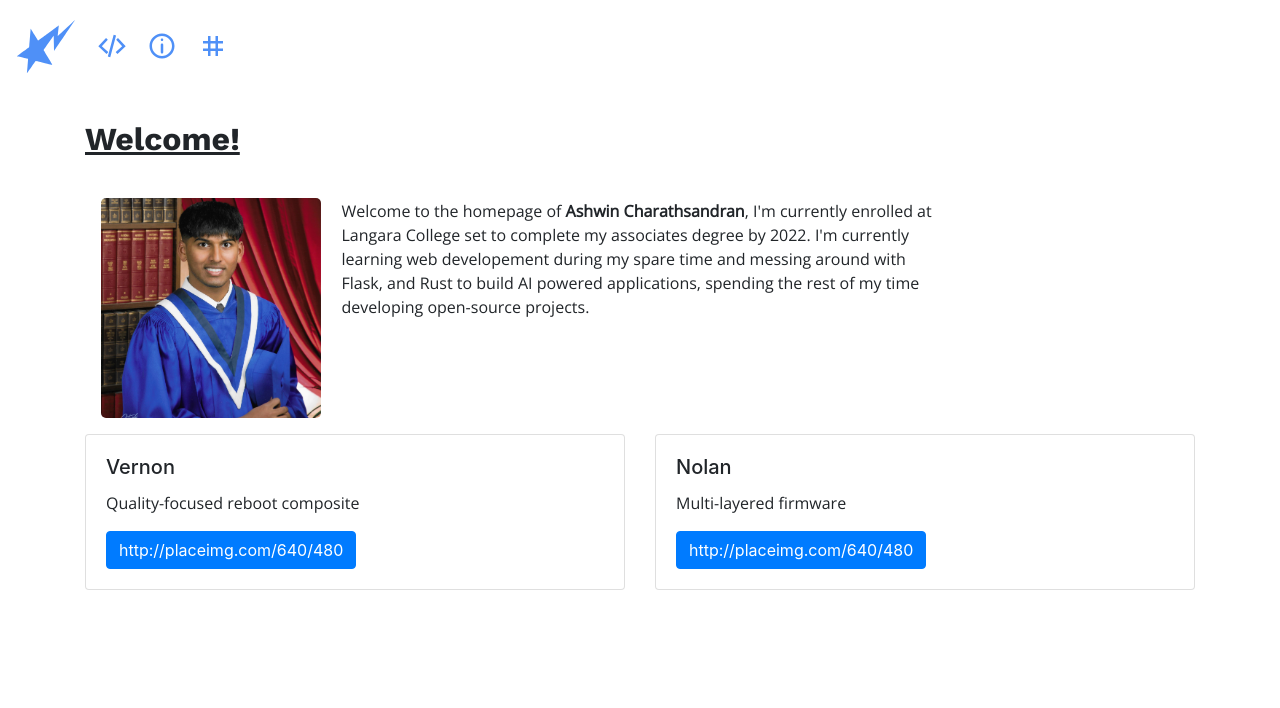
Repository: xxiz/ashwin.lol_flask
Page: http://localhost/
An editor plug-in stored every save of this project. The page is shown before and after the next save, followed by the edit.
The browser window is 1280 px wide. The pictures show the whole page.
The page is served by the project's application, run on Flask 3 (app.py).

Above is the page before, as saved 2021-09-03 07:04:17.

### templates/index.html
{% extends 'base.html'%}
{% block content %}
<br>
    <h1>Welcome!</h1>
    <img class="me" src="/static/me.jpg" alt="A picture of myself">
    <p class="confined">Welcome to the homepage of <b>Ashwin Charathsandran</b>, I'm currently enrolled at Langara College set to complete my associates degree by 2022. I'm currently learning web developement during my spare time and messing around with Flask, and Rust to build AI powered applications, spending the rest of my time developing open-source projects.</p>
    <br>
    <div class="row">
    {% for project in sample_projects %}
    <div class="col-sm-6">
      <div class="card">
        <div class="card-body">
          <h5 class="card-title">{{ project.title }}</h5>
          <p class="card-text">{{ project.description }}</p>
          <a href="#" class="btn btn-primary">{{ project.image_url }}</a>
        </div>
      </div>
    </div>
    {% endfor %}
    </div>
{% endblock %}

### templates/base.html
<!DOCTYPE html>
<html lang="en">
<head>
    <meta charset="UTF-8">
    <meta http-equiv="X-UA-Compatible" content="IE=edge">
    <meta name="viewport" content="width=device-width, initial-scale=1.0">
    <meta name="viewport" content="width=device-width, initial-scale=1">
    <link rel="stylesheet" href="https://stackpath.bootstrapcdn.com/bootstrap/4.1.3/css/bootstrap.min.css" integrity="sha384-MCw98/SFnGE8fJT3GXwEOngsV7Zt27NXFoaoApmYm81iuXoPkFOJwJ8ERdknLPMO" crossorigin="anonymous">
    <link href='https://css.gg/home-alt.css' rel='stylesheet'>
    <link rel="stylesheet" href="static/app.css">
    <title>{{ title }}</title>
</head>
<body>
  <header>
    <nav>
      <!-- SVG's provided by https://css.gg/ and https://www.pinterest.ca/pin/502432902151236766/
           these images are not mine and I simply modified them.
      -->
      <a class="logo" href="/">
        <svg id="svg" xmlns="http://www.w3.org/2000/svg" xmlns:xlink="http://www.w3.org/1999/xlink" viewBox="0, 0, 400,400"><g id="svgg"><path id="path0" d="M375.404 43.010 C 366.024 51.806,347.525 69.114,334.297 81.472 C 321.068 93.829,303.241 110.484,294.681 118.483 C 286.121 126.482,278.911 132.820,278.658 132.567 C 278.241 132.149,284.716 69.460,285.588 65.478 C 285.791 64.550,285.639 63.790,285.251 63.790 C 284.648 63.790,260.992 80.890,237.523 98.291 C 227.623 105.631,148.371 163.243,147.334 163.854 C 146.751 164.197,138.491 151.049,123.021 125.151 C 98.113 83.455,97.570 82.612,97.546 85.580 C 97.537 86.597,97.035 93.171,96.430 100.188 C 95.824 107.205,94.649 121.220,93.817 131.332 C 92.986 141.445,91.633 157.655,90.811 167.355 C 89.989 177.054,88.915 190.160,88.425 196.477 C 87.935 202.795,87.173 208.400,86.731 208.934 C 85.375 210.573,15.246 261.837,10.457 264.690 C 7.982 266.164,6.052 267.463,6.168 267.576 C 6.284 267.690,11.276 268.981,17.261 270.446 C 58.961 280.654,79.884 285.969,80.349 286.471 C 80.645 286.792,79.104 308.161,76.923 333.959 C 74.743 359.756,73.037 380.949,73.132 381.055 C 73.227 381.161,86.102 363.134,101.743 340.997 C 117.384 318.859,130.527 300.273,130.950 299.695 C 131.591 298.819,138.848 300.405,174.490 309.212 C 232.789 323.618,241.800 325.782,242.458 325.539 C 242.770 325.423,229.838 303.377,213.719 276.548 C 197.601 249.719,184.258 227.206,184.069 226.520 C 183.768 225.431,245.875 136.802,249.908 132.565 C 251.796 130.581,252.035 135.511,252.617 188.555 C 252.883 212.805,253.310 232.629,253.567 232.609 C 253.824 232.589,259.323 224.737,265.789 215.160 C 272.254 205.584,296.196 170.394,318.994 136.961 C 341.791 103.527,364.809 69.756,370.144 61.914 C 375.479 54.071,383.015 43.011,386.889 37.336 C 390.764 31.660,393.603 27.017,393.197 27.017 C 392.792 27.017,384.785 34.214,375.404 43.010 " stroke="none" fill="#4f90f7" fill-rule="evenodd"></path></g></svg></a>
      <a href="/projects"><?xml version="1.0" encoding="UTF-8"?><svg viewBox="0 0 24 24" xmlns="http://www.w3.org/2000/svg"><path d="m13.325 3.0501-4.6576 17.382 1.9319 0.5176 4.6575-17.382-1.9318-0.51764z" fill="currentColor"/><path d="m7.612 18.361 1.3594-1.4484-5e-4 -0.0191-5.0943-4.7812 4.7904-5.1041-1.4583-1.3687-6.1591 6.5624 6.5624 6.1591z" fill="currentColor"/><path d="m16.388 18.361-1.3594-1.4484 5e-4 -0.0191 5.0943-4.7812-4.7904-5.1041 1.4583-1.3687 6.1591 6.5624-6.5624 6.1591z" fill="currentColor"/></svg></a>
      <a href=""><?xml version="1.0" encoding="UTF-8"?><svg viewBox="0 0 24 24" xmlns="http://www.w3.org/2000/svg"><path d="m11 10.979c0-0.5523 0.4477-1 1-1s1 0.44773 1 1v6c0 0.5523-0.4477 1-1 1s-1-0.4477-1-1v-6z" fill="currentColor"/><path d="m12 6.0512c-0.5523 0-1 0.44771-1 1 0 0.55228 0.4477 1 1 1s1-0.44772 1-1c0-0.55229-0.4477-1-1-1z" fill="currentColor"/><path d="m12 2c-5.5228 0-10 4.4772-10 10 0 5.5228 4.4772 10 10 10 5.5228 0 10-4.4772 10-10 0-5.5228-4.4772-10-10-10zm-8 10c0 4.4183 3.5817 8 8 8 4.4183 0 8-3.5817 8-8 0-4.4183-3.5817-8-8-8-4.4183 0-8 3.5817-8 8z" clip-rule="evenodd" fill="currentColor" fill-rule="evenodd"/></svg></a>
      <a href=""><?xml version="1.0" encoding="UTF-8"?><svg fill="none" viewBox="0 0 24 24" xmlns="http://www.w3.org/2000/svg"><path d="m8 4v4h-4v2h4v4h-4v2h4v4h2v-4h4v4h2v-4h4v-2h-4v-4h4v-2h-4v-4h-2v4h-4v-4h-2zm6 10v-4h-4v4h4z" clip-rule="evenodd" fill="currentColor" fill-rule="evenodd"/></svg></a>
    </nav>
  </header>
  <main>
    <div class="container">
      {% block content %} {% endblock %}
  </div>
  </main>
    <script src="https://code.jquery.com/jquery-3.3.1.slim.min.js" integrity="sha384-q8i/X+965DzO0rT7abK41JStQIAqVgRVzpbzo5smXKp4YfRvH+8abtTE1Pi6jizo" crossorigin="anonymous"></script>
    <script src="https://cdnjs.cloudflare.com/ajax/libs/popper.js/1.14.3/umd/popper.min.js" integrity="sha384-ZMP7rVo3mIykV+2+9J3UJ46jBk0WLaUAdn689aCwoqbBJiSnjAK/l8WvCWPIPm49" crossorigin="anonymous"></script>
    <script src="https://stackpath.bootstrapcdn.com/bootstrap/4.1.3/js/bootstrap.min.js" integrity="sha384-ChfqqxuZUCnJSK3+MXmPNIyE6ZbWh2IMqE241rYiqJxyMiZ6OW/JmZQ5stwEULTy" crossorigin="anonymous"></script>
</body>
</html>

### app.py
from flask import Flask, request
from web.content import index_page, projects_page
web = Flask(__name__)
web.config['SQLALCHEMY_TRACK_MODIFICATIONS'] = False

@web.route('/')
def index():
    return index_page()

@web.route('/projects')
def projects():
    return projects_page()

### web/content.py
from flask import render_template
import json

# Page Content
prefix = "Ashwin Charathsandran — "

# Meta Tags
preview_message = ""
preview_title = ""
preview_image = ""

with open('web/projects.json', 'r') as file:
    projects = json.load(file)

def index_page():
    return render_template('index.html',
    title = prefix + "Welcome!",
    sample_projects = projects[0:2],
    preview_title = preview_title,
    preview_image = preview_image,
    preview_message = preview_message)

def projects_page():
    return render_template('projects.html',
    title = prefix + "Projects",
    items = projects,
    preview_title = preview_title,
    preview_image = preview_image,
    preview_message = preview_message)

### web/projects.json
[
        {
            "title": "Vernon",
            "description": "Quality-focused reboot composite",
            "image_url": "http://placeimg.com/640/480"
        },
        {
            "title": "Nolan",
            "description": "Multi-layered firmware",
            "image_url": "http://placeimg.com/640/480"
        },
        {
            "title": "Reyes",
            "description": "array national",
            "image_url": "http://placeimg.com/640/480"
        }
]

### static/app.css
@import url('https://fonts.googleapis.com/css2?family=Work+Sans:wght@400;700&display=swap');
@import url('https://fonts.googleapis.com/css2?family=Open+Sans&display=swap');

:root {
    --blue: #4f90f7;
    --red: #d93434;
}

h1 {
    font-family: 'Work Sans', sans-serif;
    font-weight: 700;
    padding-bottom: 0.5em; padding-top: 0.5em;
    text-decoration: underline;
    font-size: 32px;
}

p {
    font-family: 'Open Sans', sans-serif;
    font-weight: 400;
}

.confined {
    max-width: 600px;
    display: inline-block;
}

.me {
    display: inline-flexbox;
    max-width: 220px;
    border-radius: 5px;
    margin: 1em;
}

@media only screen and (max-width: 500px) {
    .me {
        max-width: 90%;
    }
}

a {
    text-decoration: none;
    color: var(--blue);
}

a:hover {
    animation: hover-effect 1s infinite linear;
}

.card {
    margin-bottom: 1.5em;
}

.description {
    padding-bottom: 0.5em;
    font-size: 18px;
}
nav {
    padding: 1em;
    overflow: hidden;
    position: fixed;
    top: 0;
    width: 100%;
}

nav a svg {
    width: 30px;
}

.navbar-logo {
    margin-right: 50px;
    width: 60px;
}

.nav-item {
    font-weight: 700;
}
main {
    padding-top: 80px;
}

.logo svg {
    width: 60px;
}

nav a  {
    padding-right: 1em;
}
@keyframes hover-effect {
    0% {
        color: var(--blue);
    }
    50% {
        color: var(--red);

    }
    100% {
        color: var(--blue);
    }
}

After the next save:
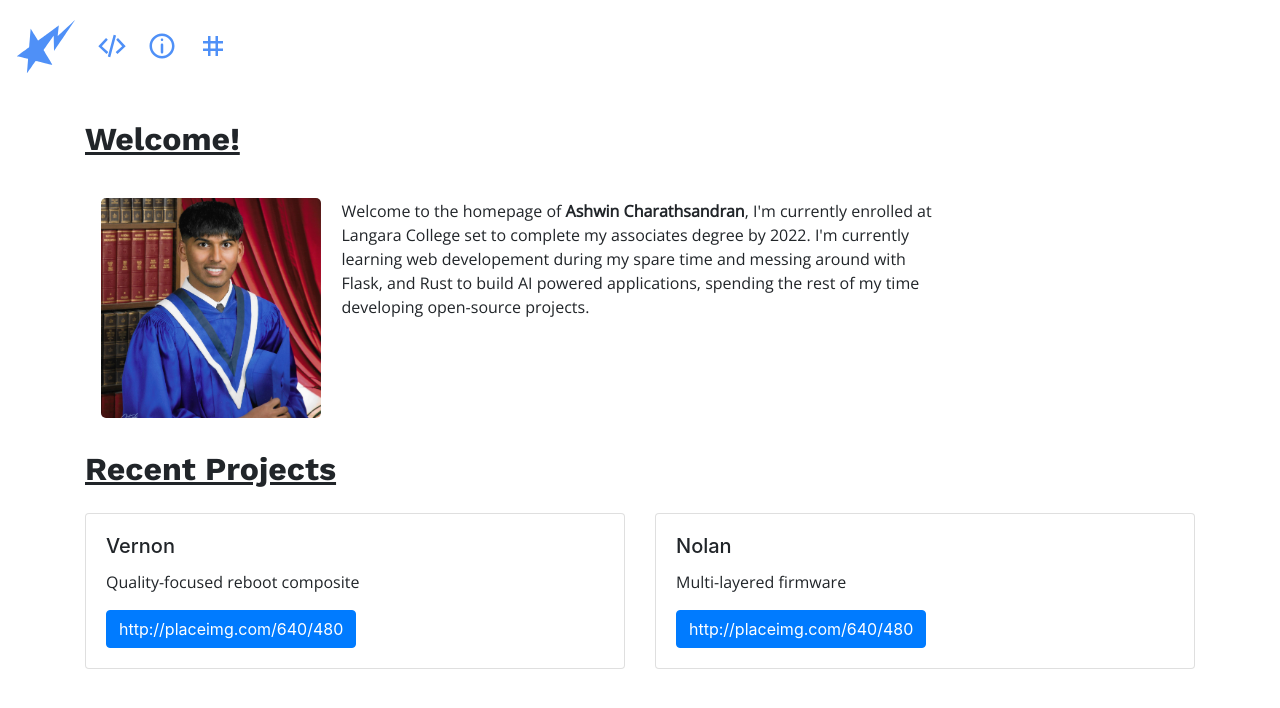
Saved 35 s later.
--- a/templates/index.html
+++ b/templates/index.html
@@ -4,7 +4,7 @@
     <h1>Welcome!</h1>
     <img class="me" src="/static/me.jpg" alt="A picture of myself">
     <p class="confined">Welcome to the homepage of <b>Ashwin Charathsandran</b>, I'm currently enrolled at Langara College set to complete my associates degree by 2022. I'm currently learning web developement during my spare time and messing around with Flask, and Rust to build AI powered applications, spending the rest of my time developing open-source projects.</p>
-    <br>
+    <h1>Recent Projects</h1>
     <div class="row">
     {% for project in sample_projects %}
     <div class="col-sm-6">
